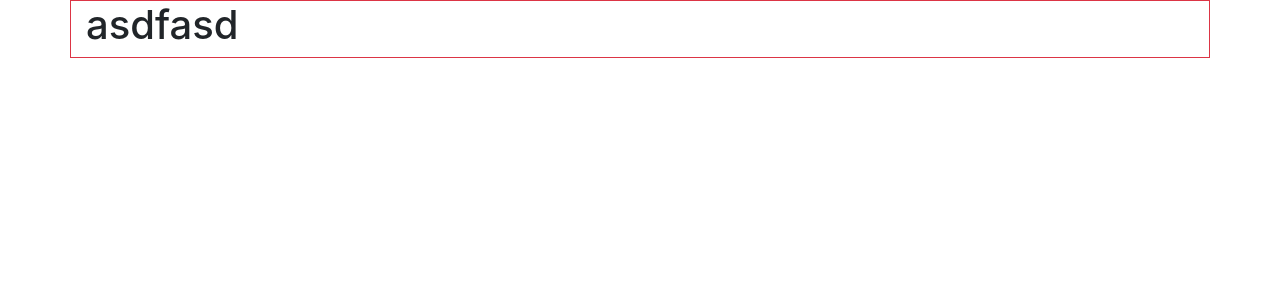
Repository: shankaraswal/react-multiple-ex
Page: /dark
An editor plug-in stored every save of this project. The page is shown before and after the next save, followed by the edit.
The browser window is 1280 px wide. The pictures show the whole page.
The project was rebuilt for these pictures with package versions that can differ from the ones it lists, and the page was loaded fresh each time.

Above is the page before, as saved 2020-02-04 17:19:32.

### src/App.js
import React from 'react';

import Header from './components/common/Header'

function App() {
  return (
    <div className="App container border border-danger">
      <h1>asdfasd</h1>
    </div>
  );
}

export default App;

### src/components/common/Header.js

import React, { Component } from 'react'

export class Header extends Component {
  render() {
    return (
      <header>
  <div className="collapse bg-dark" id="navbarHeader">
    <div className="container">
      <div className="row">
        <div className="col-sm-8 col-md-7 py-4">
          <h4 className="text-white">About</h4>
          <p className="text-muted">Add some information about the album below, the author, or any other background context. Make it a few sentences long so folks can pick up some informative tidbits. Then, link them off to some social networking sites or contact information.</p>
        </div>
        <div className="col-sm-4 offset-md-1 py-4">
          <h4 className="text-white">Contact</h4>
          <ul className="list-unstyled">
            <li><a href="#" className="text-white">Follow on Twitter</a></li>
            <li><a href="#" className="text-white">Like on Facebook</a></li>
            <li><a href="#" className="text-white">Email me</a></li>
          </ul>
        </div>
      </div>
    </div>
  </div>
  <div className="navbar navbar-dark bg-dark shadow-sm">
    <div className="container d-flex justify-content-between">
      <a href="#" className="navbar-brand d-flex align-items-center">
        <svg xmlns="http://www.w3.org/2000/svg" width="20" height="20" fill="none" stroke="currentColor" stroke-linecap="round" stroke-linejoin="round" stroke-width="2" aria-hidden="true" className="mr-2" viewBox="0 0 24 24" focusable="false"><path d="M23 19a2 2 0 0 1-2 2H3a2 2 0 0 1-2-2V8a2 2 0 0 1 2-2h4l2-3h6l2 3h4a2 2 0 0 1 2 2z"></path><circle cx="12" cy="13" r="4"></circle></svg>
        <strong>Album</strong>
      </a>
      <button className="navbar-toggler" type="button" data-toggle="collapse" data-target="#navbarHeader" aria-controls="navbarHeader" aria-expanded="false" aria-label="Toggle navigation">
        <span className="navbar-toggler-icon"></span>
      </button>
    </div>
  </div>
</header>
    )
  }
}

export default Header

Loaded but not shown: public/index.html (common file); src/index.js (common file); src/index.css (common file); src/serviceWorker.js (common file)

After the next save:
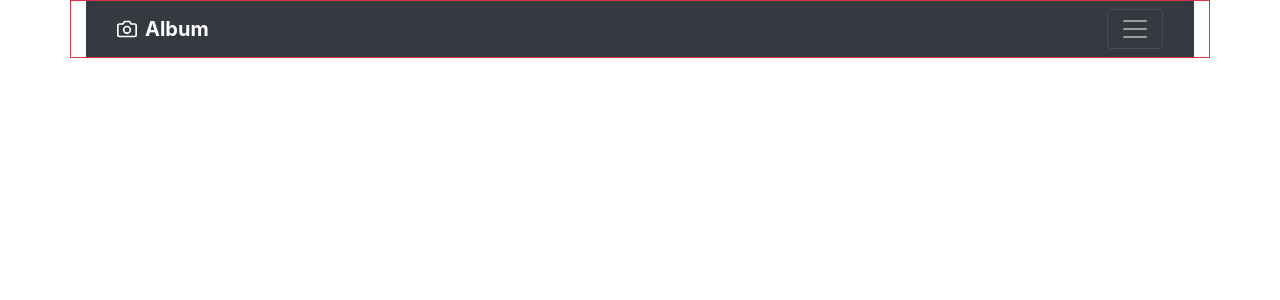
Saved 25 s later.
--- a/src/App.js
+++ b/src/App.js
@@ -5,7 +5,7 @@ import Header from './components/common/Header'
 function App() {
   return (
     <div className="App container border border-danger">
-      <h1>asdfasd</h1>
+      <Header/>
     </div>
   );
 }
